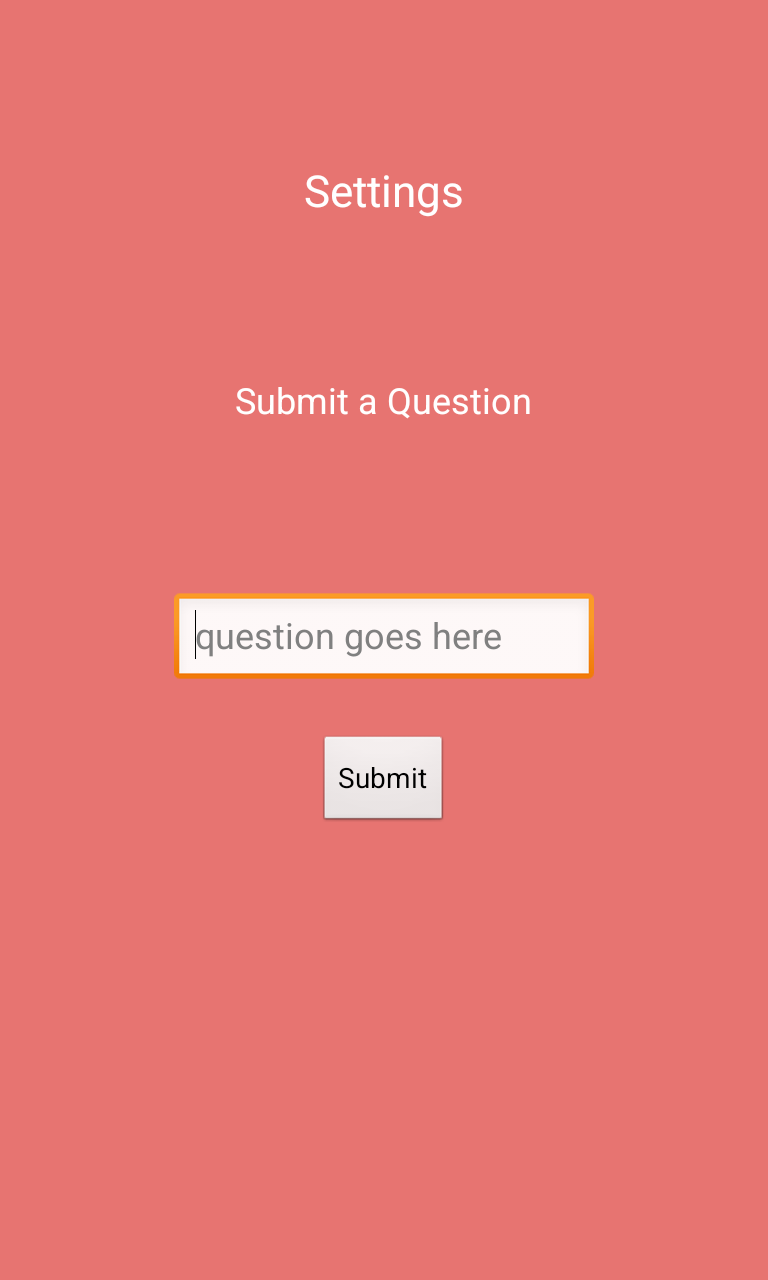
Repository: DarwinLYang/WhoGoesFirstApp
Layout: Who First/WhoFirst/res/layout/fragment_settings.xml
The author's editor kept a copy of each file at every save. The layout is drawn from the files as they stood at one save, then again after the next save.
It is drawn on a 768 x 1280 px phone screen (xhdpi) without system bars, with theme android:Theme.NoTitleBar.Fullscreen; the app's code is not run.

Above is the layout before, as saved 2014-04-10 21:17:00.

### Who First/WhoFirst/res/layout/fragment_settings.xml
<RelativeLayout xmlns:android="http://schemas.android.com/apk/res/android"
    xmlns:tools="http://schemas.android.com/tools"
    android:layout_width="match_parent"
    android:layout_height="match_parent"
    android:background="@color/red"
    android:paddingBottom="@dimen/activity_vertical_margin"
    android:paddingLeft="@dimen/activity_horizontal_margin"
    android:paddingRight="@dimen/activity_horizontal_margin"
    android:paddingTop="@dimen/activity_vertical_margin"
    tools:context="com.purplishsocks.whofirst.SettingsActivity$SettingsFragment" >

    <TextView
        android:id="@+id/MainTitle"
        android:layout_width="wrap_content"
        android:layout_height="wrap_content"
        android:layout_alignParentTop="true"
        android:layout_centerHorizontal="true"
        android:layout_marginTop="64dp"
        android:text="@string/text_settings_title"
        android:textAppearance="?android:attr/textAppearanceLarge" />

    <TextView
        android:id="@+id/submitQuestionTitle"
        android:layout_width="wrap_content"
        android:layout_height="wrap_content"
        android:layout_below="@+id/MainTitle"
        android:layout_centerHorizontal="true"
        android:layout_marginTop="78dp"
        android:text="@string/text_submit_question_title"
        android:textAppearance="?android:attr/textAppearanceMedium" />

    <EditText
        android:id="@+id/theQuestion"
        android:layout_width="wrap_content"
        android:layout_height="wrap_content"
        android:layout_centerHorizontal="true"
        android:layout_centerVertical="true"
        android:ems="10"
        android:hint="@string/text_submit_question_hint"
        android:inputType="textMultiLine" >

        <requestFocus />
    </EditText>

    <Button
        android:id="@+id/SubmitQuestionButton"
        android:layout_width="wrap_content"
        android:layout_height="wrap_content"
        android:layout_below="@+id/theQuestion"
        android:layout_centerHorizontal="true"
        android:layout_marginTop="23dp"
        android:onClick="submitQuestion"
        android:text="Submit" />

</RelativeLayout>

### Who First/WhoFirst/res/values/strings.xml
<?xml version="1.0" encoding="utf-8"?>
<resources>

    <string name="app_name">Who Goes First</string>
    <string name="button_question">Who Goes First?</string>
    <string name="button_setting">Settings</string>
    <string name="button_next_question">Give me another</string>
    <string name="button_submit_question">Submit Question</string>
    <string name="action_settings">Settings</string>
    <string name="title_activity_main">MainActivity</string>
    <string name="title_activity_question">QuestionActivity</string>
    <string name="title_activity_settings">SettingsActivity</string>

    <string name="text_question_title">Question</string>
    <string name="text_settings_title">Settings</string>
    <string name="text_submit_question_title">Submit a Question</string>

    <string name="text_default_question">Default Question</string>
    <string name="text_submit_question_hint">question goes here</string>


    <color name="green">#78AB46</color>
    <color name="blue">#43BFC7</color>
    <color name="red">#E77471</color>

</resources>

Loaded but not shown: Who First/WhoFirst/res/values/dimens.xml (common file); Who First/WhoFirst/res/values-w820dp/dimens.xml (common file)

After the next save:
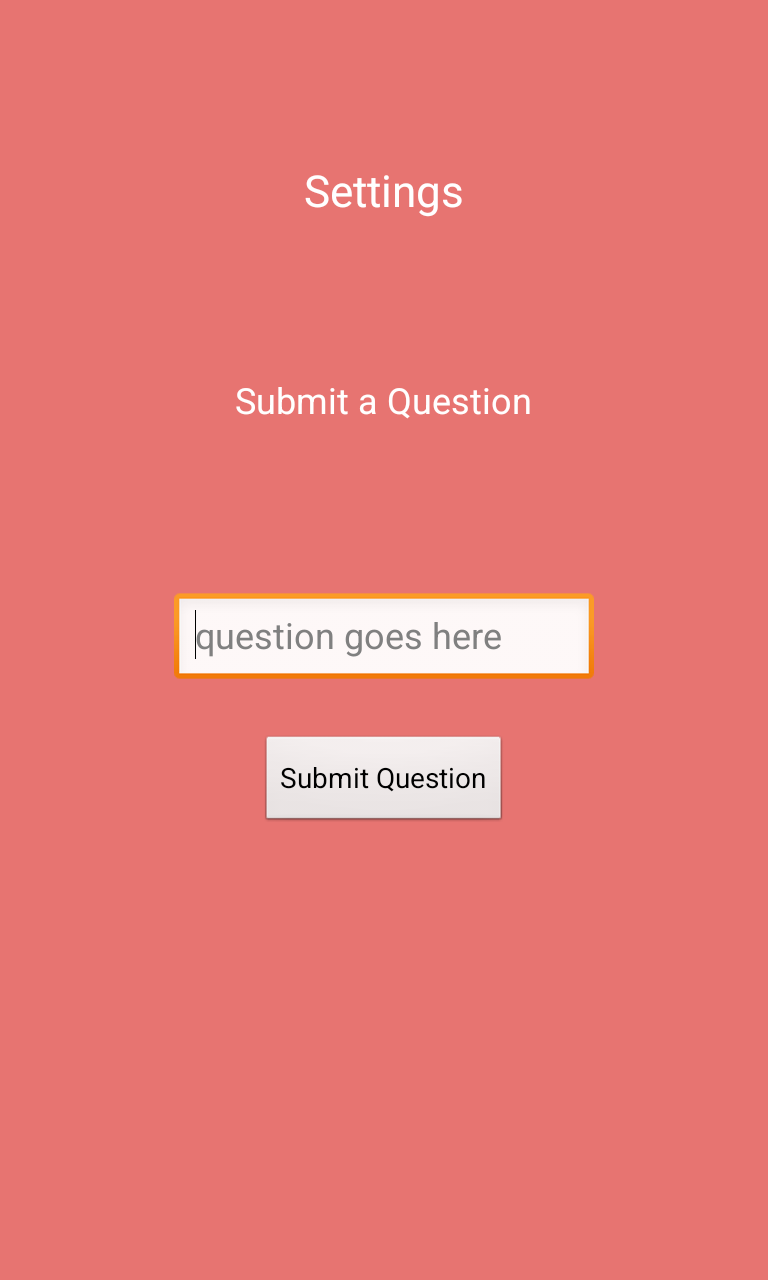
Saved 11 s later.
--- a/Who First/WhoFirst/res/layout/fragment_settings.xml
+++ b/Who First/WhoFirst/res/layout/fragment_settings.xml
@@ -50,6 +50,6 @@
         android:layout_centerHorizontal="true"
         android:layout_marginTop="23dp"
         android:onClick="submitQuestion"
-        android:text="Submit" />
+        android:text="@string/button_submit_question" />
 
 </RelativeLayout>
